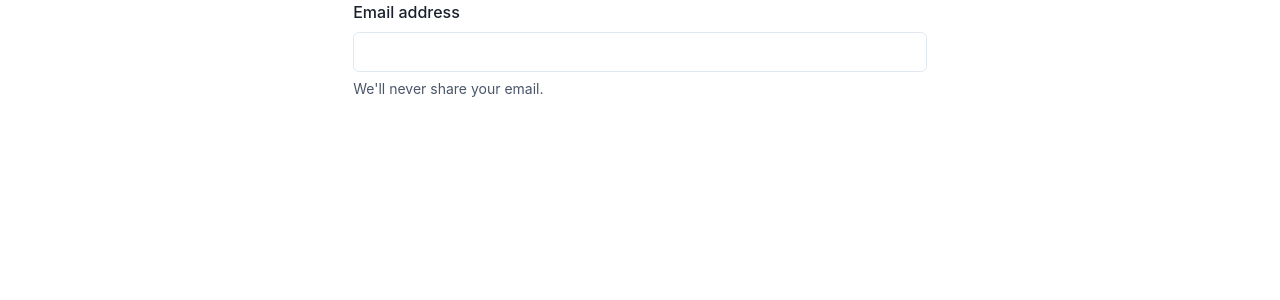
Repository: NeeleshRoy/synechron
Page: /movies
An editor plug-in stored every save of this project. The page is shown before and after the next save, followed by the edit.
The browser window is 1280 px wide. The pictures show the whole page.
The project was rebuilt for these pictures with package versions that can differ from the ones it lists, and the page was loaded fresh each time.

Above is the page before, as saved 2023-02-04 16:20:06.

### src/index.js
import React from 'react';
import ReactDOM from 'react-dom/client';
import App from './App';

import { ChakraProvider } from '@chakra-ui/react'

const root = ReactDOM.createRoot(document.getElementById('root'));
root.render(
  <React.StrictMode>
      <ChakraProvider>
        <App />
      </ChakraProvider>
  </React.StrictMode>
);

### src/App.js
import Home from './components/Home';
import { Container } from '@chakra-ui/react';

function App() {
  return (
    <Container>
        <Home />
    </Container>
  );
}

export default App;

### src/components/Home.jsx
import React from 'react';
import {
  FormControl,
  FormLabel,
  Input,
  FormHelperText,
  Flex
} from '@chakra-ui/react';

const Home = () => {
  return (
    <div>
      <Flex>
          <FormControl>
            <FormLabel>Email address</FormLabel>
            <Input type="email" />
            <FormHelperText>We'll never share your email.</FormHelperText>
          </FormControl>
      </Flex>
    </div>
  );
};

export default Home;

Loaded but not shown: public/index.html (common file)

After the next save:
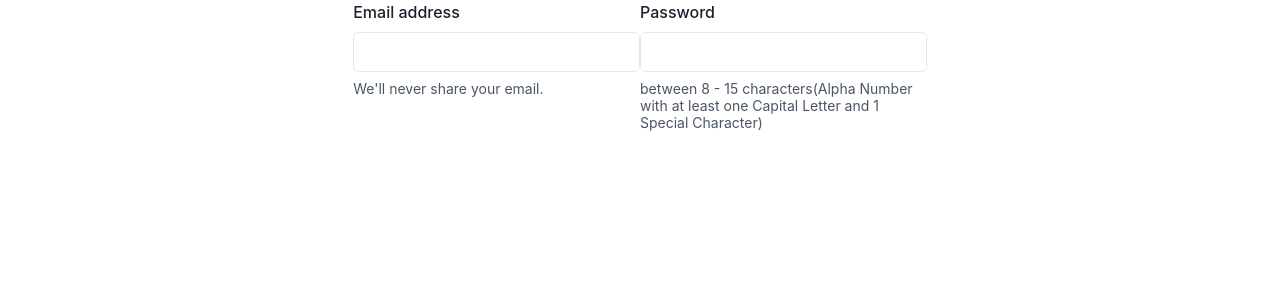
Saved 41 s later.
--- a/src/components/Home.jsx
+++ b/src/components/Home.jsx
@@ -16,6 +16,12 @@ const Home = () => {
             <Input type="email" />
             <FormHelperText>We'll never share your email.</FormHelperText>
           </FormControl>
+
+          <FormControl>
+            <FormLabel>Password</FormLabel>
+            <Input type="password" />
+            <FormHelperText>between 8 - 15 characters(Alpha Number with at least one Capital Letter and 1 Special Character)</FormHelperText>
+          </FormControl>
       </Flex>
     </div>
   );
